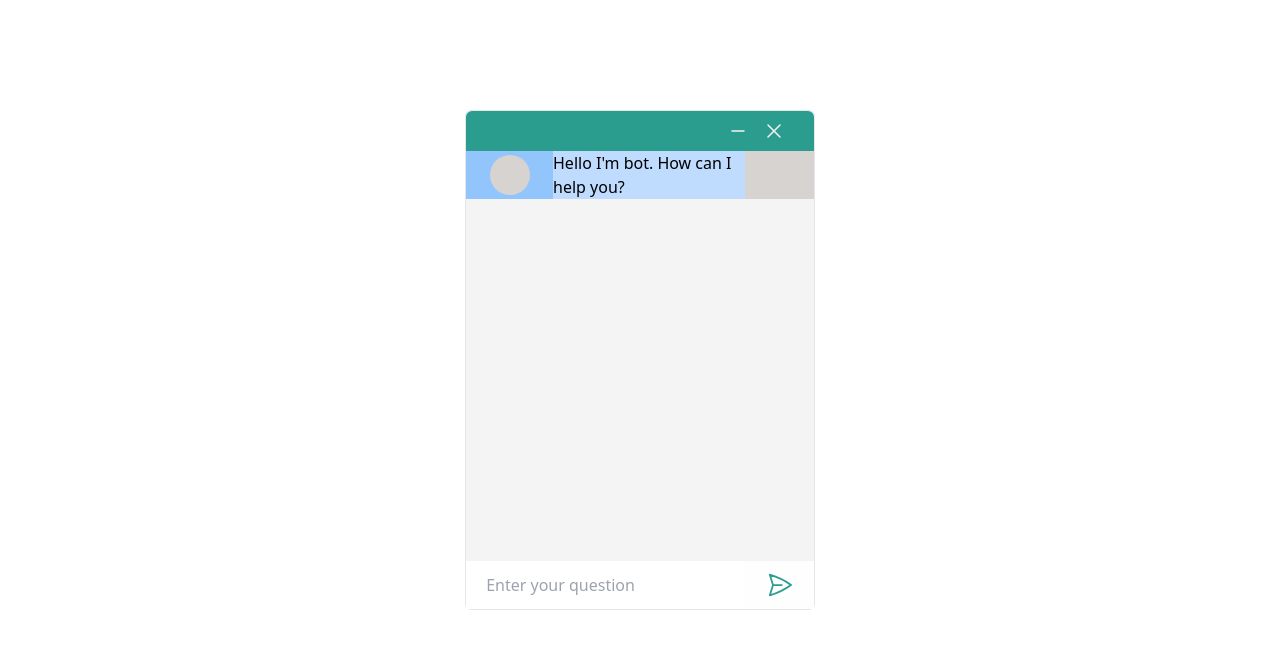
Repository: hsumyatm7308/Chatbot
Page: index.html
An editor plug-in stored every save of this project. The page is shown before and after the next save, followed by the edit.
The browser window is 1280 px wide. The pictures show the whole page.
Some web libraries are served in a nearby version.

Above is the page before, as saved 2023-07-09 11:18:22.

### index.html
<!DOCTYPE html>
<html>

<head>
    <title>Chat Bot</title>
    <script src="https://cdn.tailwindcss.com"></script>
</head>

<body class="bg-[#fffff]">

    <div class="w-screen h-screen flex justify-center items-center  container">
        <div class="w-[350px] h-[500px] bg-[#f4f4f4] border border-b-stone-200 rounded-md relative chatbot-container">
            <div
                class="w-full h-10 text-[#f4f4f4] bg-[#2a9d8f] rounded-tl-md rounded-tr-md flex justify-end items-center">
                <svg xmlns="http://www.w3.org/2000/svg" fill="none" viewBox="0 0 24 24" stroke-width="1.5"
                    stroke="currentColor" class="w-6 h-6 mr-3">
                    <path stroke-linecap="round" stroke-linejoin="round" d="M18 12H6" />
                </svg>

                <svg xmlns="http://www.w3.org/2000/svg" fill="none" viewBox="0 0 24 24" stroke-width="1.5"
                    stroke="currentColor" class="w-6 h-6 mr-7">
                    <path stroke-linecap="round" stroke-linejoin="round" d="M6 18L18 6M6 6l12 12" />
                </svg>

            </div>

            <div class="w-full h-full overflow-y-auto">
                 <div class="w-full grid grid-cols-4 flex profile-side">
                       <div class= "w-full h-auto bg-blue-300 flex justify-center items-center">
                            <div class="w-10 h-10 rounded-full bg-stone-300">

                            </div>
                       </div>
                       <div class=" bg-blue-200 col-span-3">
                            <div class="w-full h-auto bg-stone-300">
                                    <div class="w-48 h-full bg-blue-200">
                                        <span>Hello I'm bot. How can I help you?</span>
                                    </div>
                            </div>
                       </div>
                 </div>
            </div>

            <div class="w-full h-12 bg-[#fefefe] absolute bottom-0">
                <form action="" class="w-full h-12 bg-[#fefefe] flex justify-between items-center">
                    <input type="text" class="w-[80%] h-full  rounded-bl-md p-4" placeholder=" Enter your question">

                    <button type="submit" class="mr-5">
                        <svg xmlns="http://www.w3.org/2000/svg" fill="none" viewBox="0 0 24 24" stroke-width="1.5"
                            stroke="currentColor" class="w-7 h-7 text-[#2a9d8f]">
                            <path stroke-linecap="round" stroke-linejoin="round"
                                d="M6 12L3.269 3.126A59.768 59.768 0 0121.485 12 59.77 59.77 0 013.27 20.876L5.999 12zm0 0h7.5" />
                        </svg>

                    </button>
                </form>
            </div>
        </div>
    </div>

</body>

</html>

After the next save:
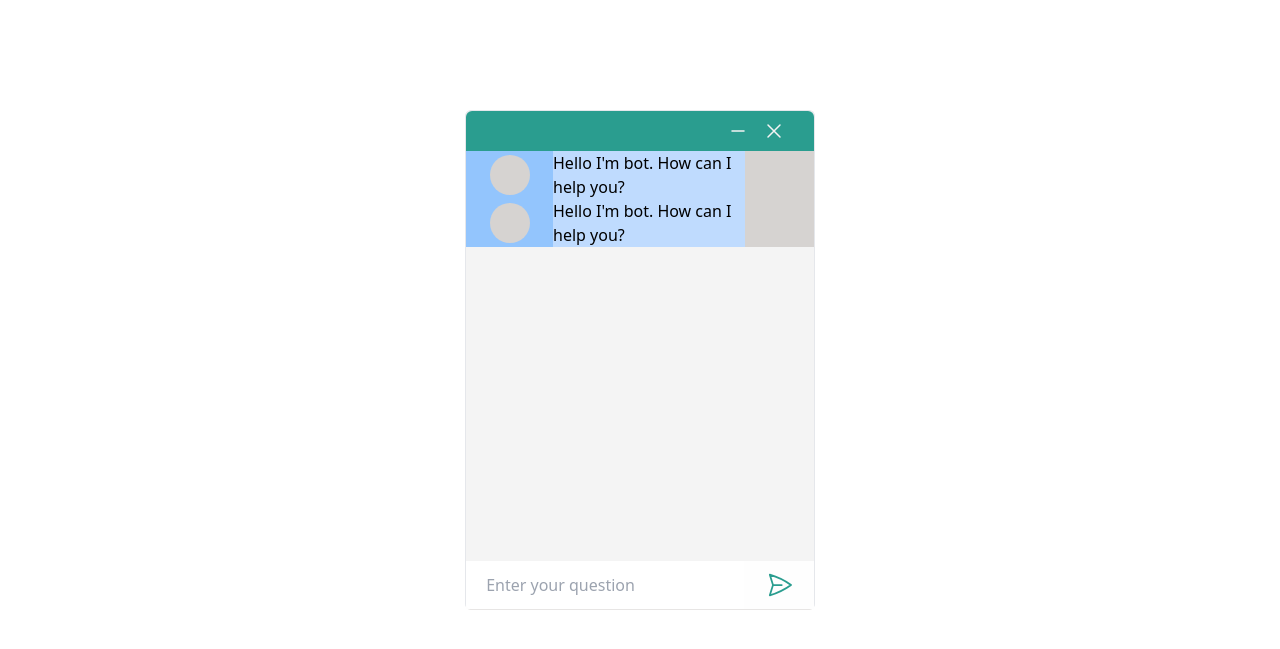
Saved 107 s later.
--- a/index.html
+++ b/index.html
@@ -39,6 +39,22 @@
                             </div>
                        </div>
                  </div>
+
+
+                 <div class="w-full grid grid-cols-4 flex profile-side">
+                    <div class= "w-full h-auto bg-blue-300 flex justify-center items-center">
+                         <div class="w-10 h-10 rounded-full bg-stone-300">
+
+                         </div>
+                    </div>
+                    <div class=" bg-blue-200 col-span-3">
+                         <div class="w-full h-auto bg-stone-300">
+                                 <div class="w-48 h-full bg-blue-200">
+                                     <span>Hello I'm bot. How can I help you?</span>
+                                 </div>
+                         </div>
+                    </div>
+              </div>
             </div>
 
             <div class="w-full h-12 bg-[#fefefe] absolute bottom-0">
